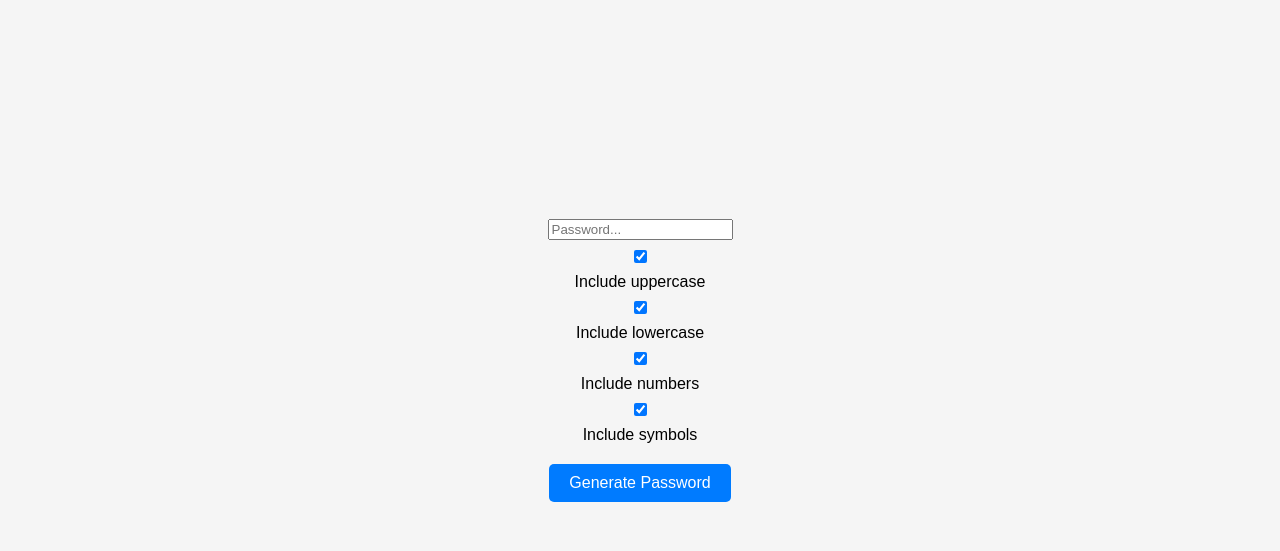
Repository: sriram1224/pass-generator
Page: /
The author's editor kept a copy of each file at every save. The page is drawn from the files as they stood at one save, then again after the next save.
The browser window is 1280 px wide. The pictures show the whole page.
The project was rebuilt for these pictures with package versions that can differ from the ones it lists, and the page was loaded fresh each time.

Above is the page before, as saved 2024-03-21 19:42:05.

After the next save:
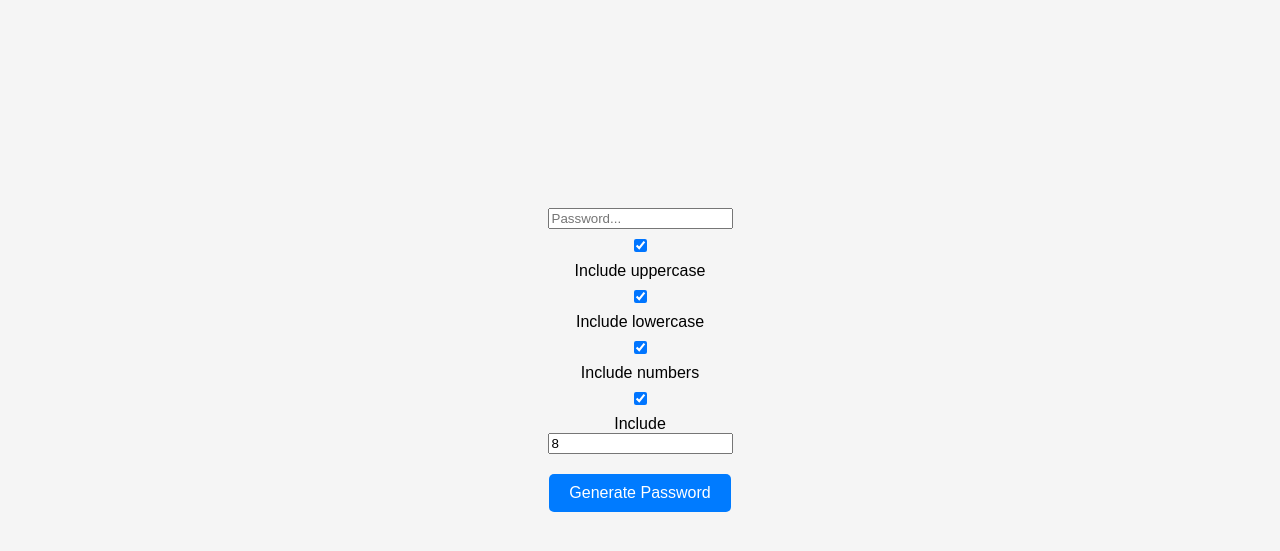
Saved 64 s later.
--- a/src/App.js
+++ b/src/App.js
@@ -50,7 +50,8 @@ function App() {
       <input type="checkbox" checked={includeUpperref.current} onChange={() => handlechange(includeUpperref)} /> Include uppercase
       <input type="checkbox" checked={includeLowerref.current} onChange={() => handlechange(includeLowerref)} /> Include lowercase
       <input type="checkbox" checked={includeNumberref.current} onChange={() => handlechange(includeNumberref)} /> Include numbers
-      <input type="checkbox" checked={includeSymbolref.current} onChange={() => handlechange(includeSymbolref)} /> Include symbols
+      <input type="checkbox" checked={includeSymbolref.current} onChange={() => handlechange(includeSymbolref)} /> Include
+      <input type="number" value={lengthRef.current} onChange={(e) => lengthRef.current = e.target.value} />
       <button onClick={handlePassword}>Generate Password</button>
 
     </div>
